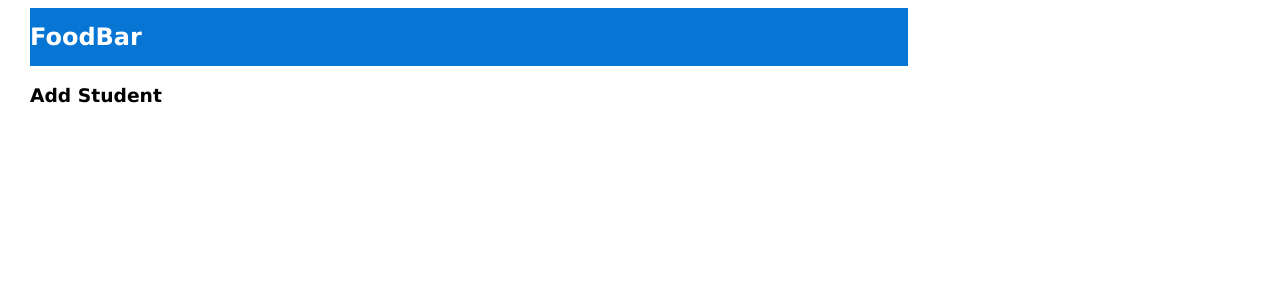
Repository: td2210z/java-jsp
Page: src/web-student-tracker/WebContent/add-student-form.html
The author's editor kept a copy of each file at every save. The page is drawn from the files as they stood at one save, then again after the next save.
The browser window is 1280 px wide. The pictures show the whole page.

Above is the page before, as saved 2024-12-05 15:05:05.

After the next save:
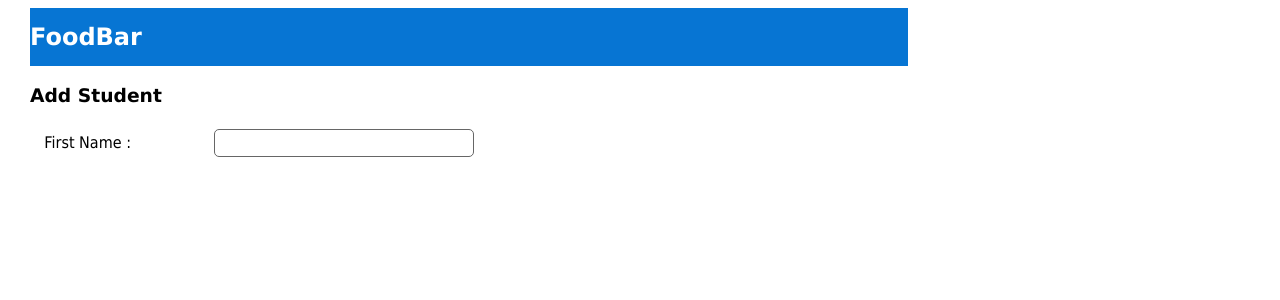
Saved 70 s later.
--- a/src/web-student-tracker/WebContent/add-student-form.html
+++ b/src/web-student-tracker/WebContent/add-student-form.html
@@ -20,6 +20,14 @@
    <h3>Add Student</h3>
    <form action = "StudentControllerServlet" method = "GET">
    <input type = "hidden" name = "command" value = "ADD"/>
+   <table>
+   <tbody>
+   <tr>
+   <td><label>First Name : </label></td>
+   <td><input type = "text" name = "first_name"></td>
+   </tr>
+   </tbody>
+   </table>
 
    </form>
    </div>
